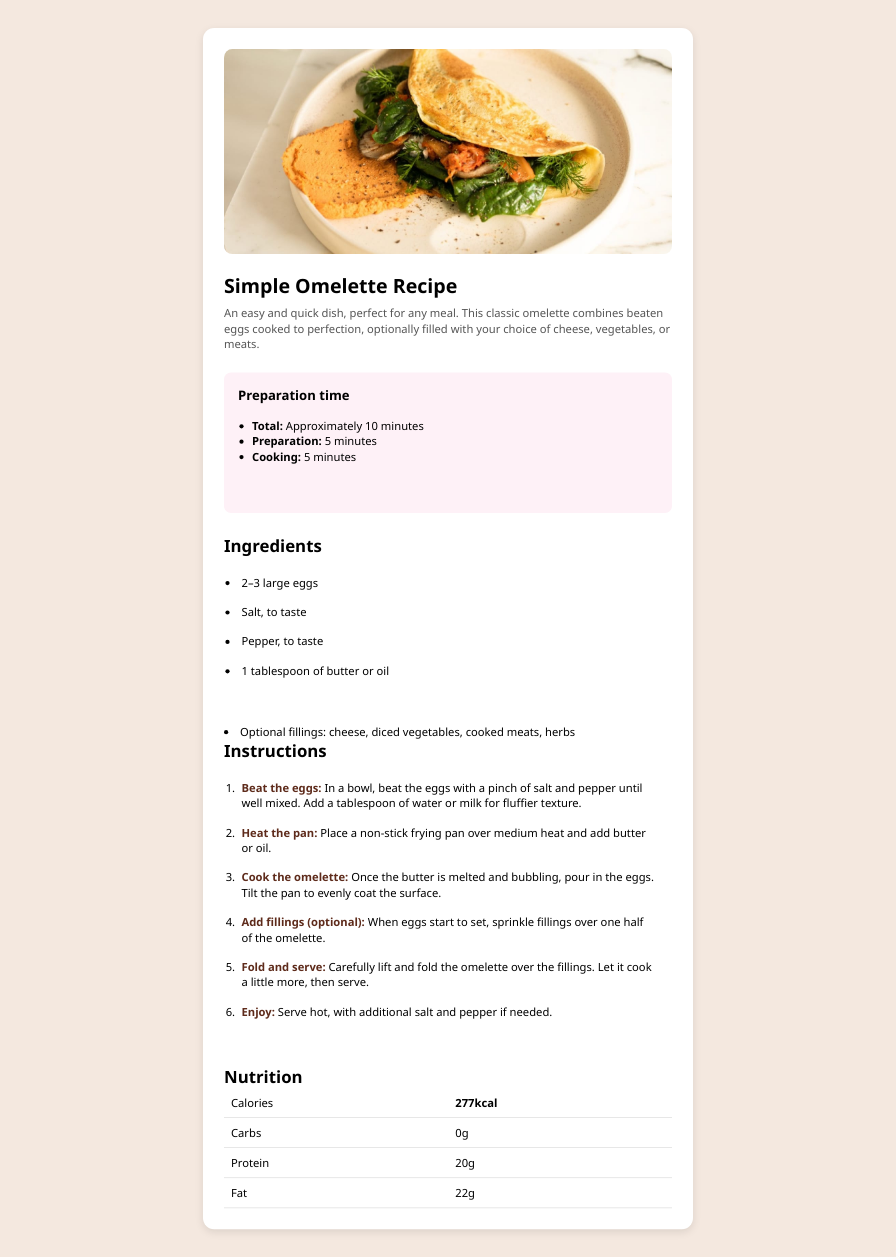
Repository: akbasliogulcan/omletterecipe
Page: index.html
These files come from the project's save history. The page is drawn as it stood at one moment and after the next save; the edit follows.
The browser window is 1280 px wide. The pictures show the whole page, at 70% of full size.

Above is the page before, as saved 2025-07-20 23:36:15.

### index.html
<!DOCTYPE html>
<html lang="en">

<head>
  <meta charset="UTF-8" />
  <meta name="viewport" content="width=device-width, initial-scale=1.0" />
  <title>Simple Omelette Recipe</title>
  <link rel="stylesheet" href="style.css" />
</head>

<body>
  <div class="container">
    <img src="./assets/images/image-omelette.jpeg" alt="Simple Omelette" class="header-image" />

    <h1>Simple Omelette Recipe</h1>
    <p class="description">
      An easy and quick dish, perfect for any meal. This classic omelette combines beaten eggs
      cooked to perfection, optionally filled with your choice of cheese, vegetables, or meats.
    </p>

    <div class="prep-time">
      <h3>Preparation time</h3>
      <ul>
        <li><strong>Total:</strong> Approximately 10 minutes</li>
        <li><strong>Preparation:</strong> 5 minutes</li>
        <li><strong>Cooking:</strong> 5 minutes</li>
      </ul>
    </div>

    <h2>Ingredients</h2>
    <div class="ingredients">
      <ul>
        <li>2–3 large eggs</li>
        <li>Salt, to taste</li>
        <li>Pepper, to taste</li>
        <li>1 tablespoon of butter or oil</li>
      </ul>
    </div>
    <li>Optional fillings: cheese, diced vegetables, cooked meats, herbs</li>
    </ul>

    <h2>Instructions</h2>
    <ol class="instructions">
      <li><strong>Beat the eggs:</strong> In a bowl, beat the eggs with a pinch of salt and pepper until well mixed. Add
        a tablespoon of water or milk for fluffier texture.</li>
      <li><strong>Heat the pan:</strong> Place a non-stick frying pan over medium heat and add butter or oil.</li>
      <li><strong>Cook the omelette:</strong> Once the butter is melted and bubbling, pour in the eggs. Tilt the pan to
        evenly coat the surface.</li>
      <li><strong>Add fillings (optional):</strong> When eggs start to set, sprinkle fillings over one half of the
        omelette.</li>
      <li><strong>Fold and serve:</strong> Carefully lift and fold the omelette over the fillings. Let it cook a little
        more, then serve.</li>
      <li><strong>Enjoy:</strong> Serve hot, with additional salt and pepper if needed.</li>
    </ol>

    <h2>Nutrition</h2>
    <table class="nutrition-table">
      <tr>
        <td>Calories</td>
        <td><strong>277kcal</strong></td>
      </tr>
      <tr>
        <td>Carbs</td>
        <td>0g</td>
      </tr>
      <tr>
        <td>Protein</td>
        <td>20g</td>
      </tr>
      <tr>
        <td>Fat</td>
        <td>22g</td>
      </tr>
    </table>
  </div>
</body>

</html>

### style.css
* {
  box-sizing: border-box;
  margin: 0;
  padding: 0;
}

body {
  font-family: "Segoe UI", sans-serif;
  background-color: #f4e8df;
}

.container {
  background-color: white;
  max-width: 700px;
  margin: 40px auto;
  padding: 30px;
  border-radius: 16px;
  box-shadow: 0 4px 12px rgba(0, 0, 0, 0.1);
}

.header-image {
  width: 100%;
  border-radius: 12px;
  margin-bottom: 20px;
}

h1 {
  font-size: 28px;
  margin-bottom: 10px;
  font-weight: 700;
}

.description {
  color: #555;
  margin-bottom: 30px;
}

.prep-time {
  background-color: #fef1f7;
  padding: 20px;
  border-radius: 10px;
  margin-bottom: 30px;
}

.prep-time h3 {
  margin-top: 0;
}

ul,
ol {
  padding: 20px;
  padding-left: 20px;
  margin-bottom: 30px;
}

.ingredients li,
.instructions li {
  margin-bottom: 10px;
  padding: 5px;
}

.instructions li strong {
  color: #5e2b1b;
}

.nutrition-table {
  width: 100%;
  border-collapse: collapse;
}

.nutrition-table td {
  padding: 10px;
  border-bottom: 1px solid #ddd;
}

After the next save:
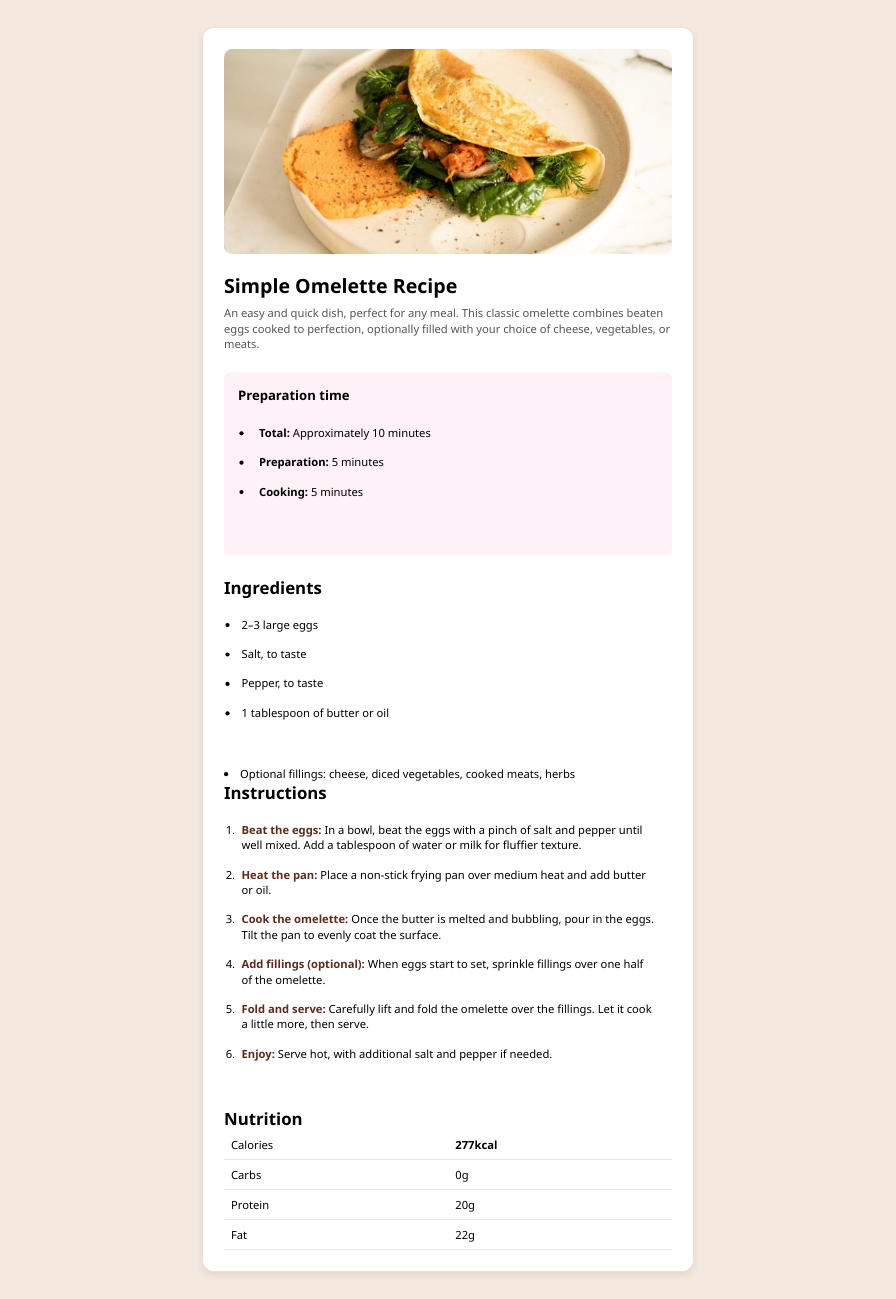
Saved 72 s later.
--- a/style.css
+++ b/style.css
@@ -46,6 +46,10 @@
   margin-top: 0;
 }
 
+.prep-time li {
+  padding: 10px;
+}
+
 ul,
 ol {
   padding: 20px;
